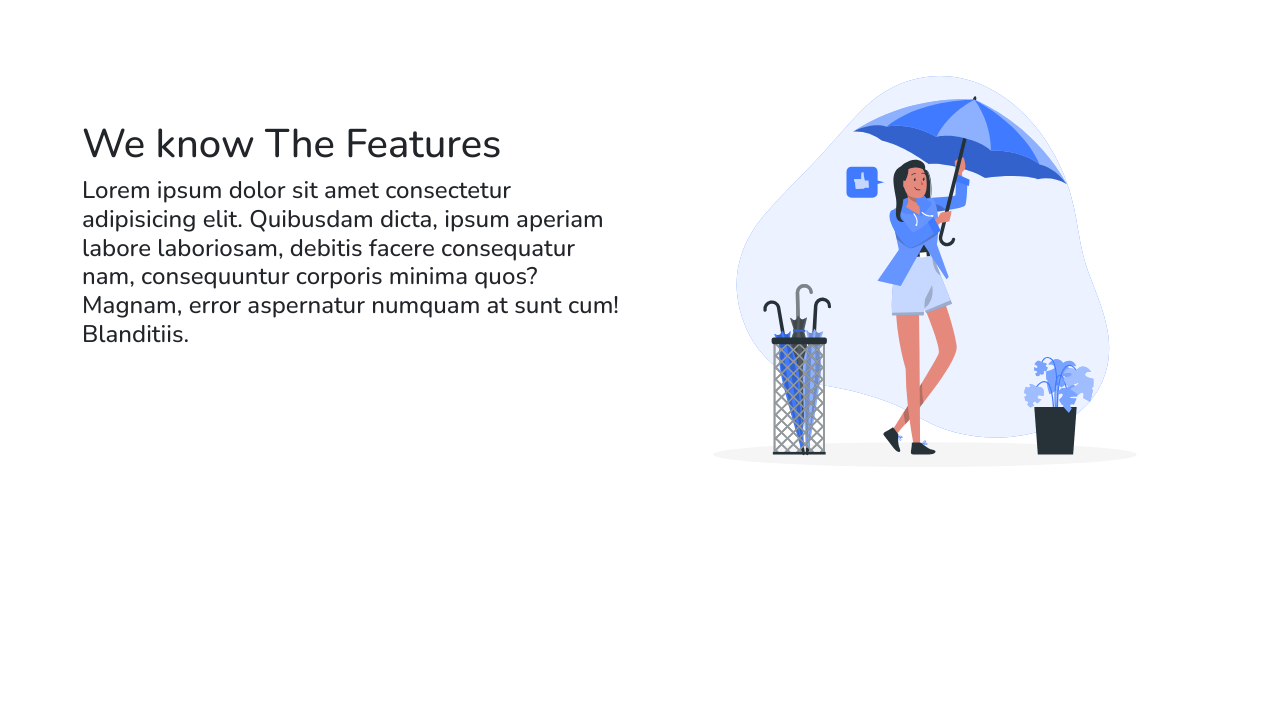
Repository: youssef168/Weather-App
Page: index.htm
An editor plug-in stored every save of this project. The page is shown before and after the next save, followed by the edit.
The browser window is 1280 px wide. The pictures show the whole page.

Above is the page before, as saved 2021-12-28 18:22:27.

After the next save:
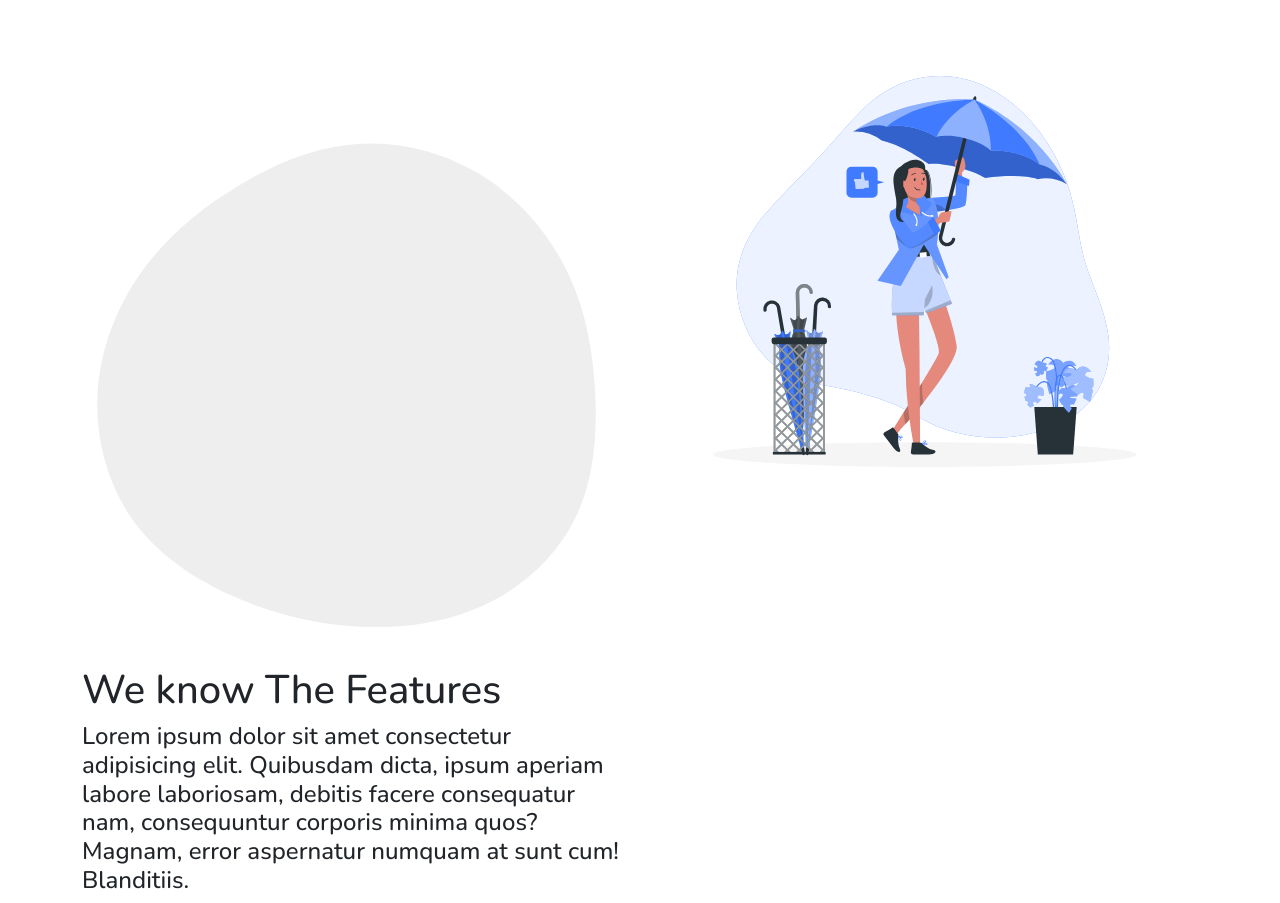
Saved 3 min 30 s later.
--- a/index.htm
+++ b/index.htm
@@ -15,6 +15,9 @@
     <div class="container">
         <div class='row'>
             <div class="col-lg-6 super">
+                <svg viewBox="0 0 200 200" xmlns="http://www.w3.org/2000/svg">
+                    <path fill="#EEEEEE" d="M45.9,-80C59.5,-71.7,70.4,-59.3,77.3,-45.3C84.3,-31.3,87.3,-15.6,88,0.4C88.8,16.5,87.3,33,80.2,46.8C73.2,60.7,60.5,71.8,46.2,78.2C31.9,84.6,16,86.4,0.5,85.5C-14.9,84.6,-29.8,81,-44.2,74.6C-58.6,68.3,-72.5,59.1,-81.6,46.2C-90.7,33.2,-95.1,16.6,-94.3,0.5C-93.5,-15.7,-87.4,-31.3,-78.3,-44.2C-69.2,-57.1,-56.9,-67.3,-43.4,-75.5C-29.8,-83.8,-14.9,-90.1,0.6,-91.2C16.2,-92.4,32.4,-88.2,45.9,-80Z" transform="translate(100 100)" />
+                  </svg>
                <h1> We know The Features </h1>
                <h4>Lorem ipsum dolor sit amet consectetur adipisicing elit. Quibusdam dicta, ipsum aperiam labore laboriosam, debitis facere consequatur nam, consequuntur corporis minima quos? Magnam, error aspernatur numquam at sunt cum! Blanditiis.</h4>
             </div>
